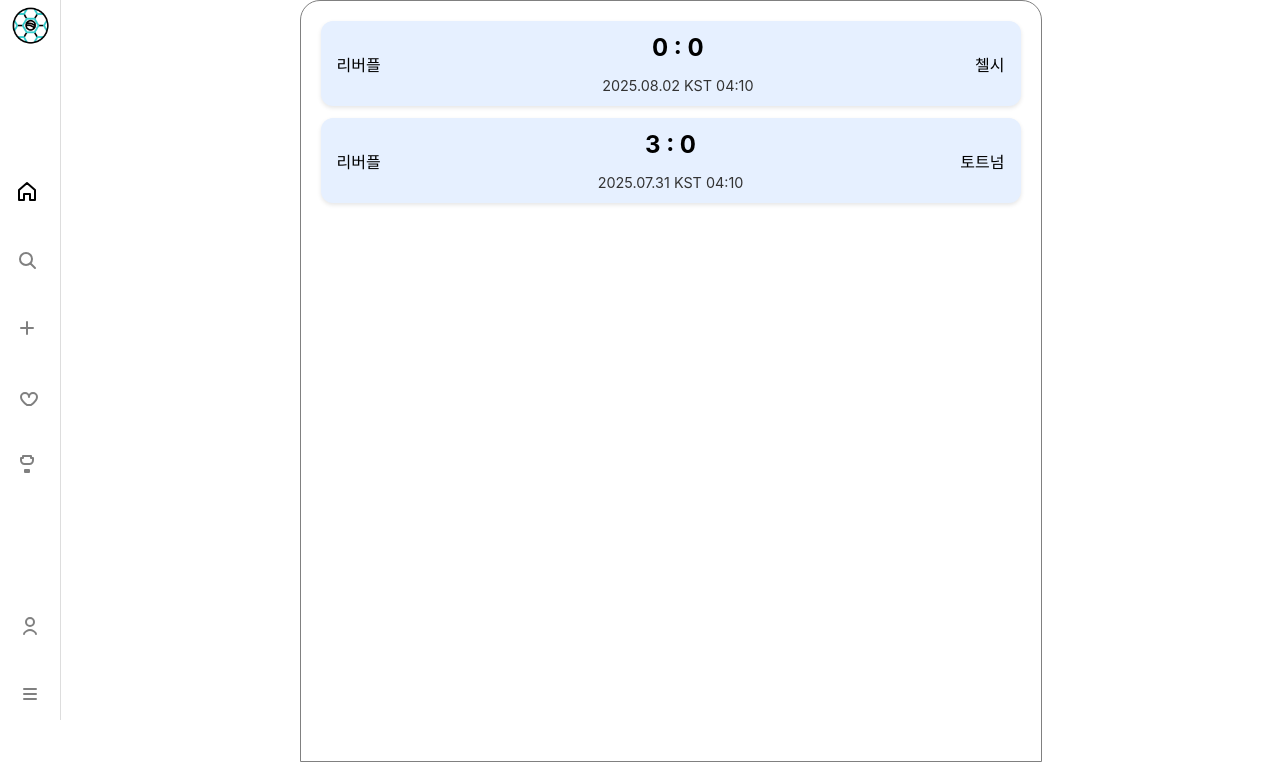
Repository: compick/compick_frontend
Page: /home
An editor plug-in stored every save of this project. The page is shown before and after the next save, followed by the edit.
The browser window is 1280 px wide. The pictures show the whole page.
Pictures or frames that could not be fetched are drawn as grey boxes. The project was rebuilt for these pictures with package versions that can differ from the ones it lists, and the page was loaded fresh each time. Also part of the build but not shown: src/pages/login/LoginUser.js, src/pages/login/RegisterUser.js, src/styles/login.css.

Above is the page before, as saved 2025-07-31 17:53:03.

### src/App.js
import {BrowserRouter } from "react-router-dom"


import BodyPage from "./pages/BodyPage";

import "./styles/login.css";
import "./styles/component.css";
import "./styles/body.css";

function App() {
  return (
    <BrowserRouter>
         <BodyPage/>
    </BrowserRouter>
  );
}

export default App;

### src/pages/BodyPage.js
import { Routes, Route, useLocation } from 'react-router-dom';

import SidebarPage from "./component/SidebarPage"
import HomeBodyPage from './body/HomeBodyPage';
import LoginPage from "./login/LoginUser";
import RegisterUserPage from "./login/RegisterUser";
export default function BodyPage(){



    return(
        <div className="bodyContainer">
                <div style={{display:"flex"}}>
                    <SidebarPage/>
                </div>
            <div style={{flex: 1}}>
                <Routes>
                    <Route path='/home' element={<HomeBodyPage/>}/>

                    <Route path="/user" element={ <LoginPage/> }/>
                    <Route path="/regist" element={ <RegisterUserPage/> }/>
                </Routes>
            </div>
        </div>
    )
}

### src/styles/component.css
.sidebar {
  display: flex;
  flex-direction: column;
  justify-content: space-between;
  align-items: center;
  width: 60px;
  background-color: #fff;
  border-right: 1px solid #ddd;
  height: 100vh;
}

.sidebar .homeLogo{
    width: 50px;
    height: 50px;
    object-fit: contain;
    cursor: pointer;
    margin-bottom: 200%;

}
.top-section,
.bottom-section {
  display: flex;
  flex-direction: column;
  gap: 20px;
}

.tabIcon {
  padding: 10px;
  border-radius: 12px;
  transition: background-color 0.3s;
  cursor: pointer;
}

.tabIcon:hover {
  background-color: #e6e6e6;
}

.tabItem {
  width: 24px;
  height: 24px;
  stroke: gray;
  fill: none;
  stroke-width: 2;
  stroke-linecap: round;
  stroke-linejoin: round;
  transition: stroke 0.3s;
}

.tabIcon.active .tabItem {
  stroke: black;
}

### src/styles/body.css
.bodyContainer{
    width: 100%;
    height: 100%;
    display: flex;
    justify-content: center;
}
.container.col{
    flex-direction: column;
}
.bodyContainer .content{
    width: 700px;
    min-height: 100vh;
    border: 1px solid gray;
    border-top-left-radius: 20px;
    border-top-right-radius: 20px;
    padding: 20px;
}
.container{
    display: flex;
}
.contentBox {
  display: flex;
  flex-direction: column;
  gap: 12px;
}
.matchCard {
  background: #e6f0ff;
  border-radius: 12px;
  padding: 12px 16px;
  box-shadow: 0 2px 4px rgba(0, 0, 0, 0.1);
}
.matchTime {
  font-size: 0.9rem;
  color: #333;
}
.matchInfo {
  display: flex;
  justify-content: space-between;
  align-items: center;
}
.team {
  display: flex;
  align-items: center;
  gap: 8px;
}
.teamLogo{
    width: 50px;
    height: 50px;
    object-fit: contain;
}
.teamName{
    font-weight: 500;
    font-size: 1rem;
}
.matchInfo .scoreBox{
    display: flex;
    flex-direction: column;
    justify-content: center;
    text-align: center;
}
.scoreText{
    font-size: 24px;
    font-weight: 700;
    margin-bottom: 15px;
}

### src/pages/component/SidebarPage.js
import React, { useState } from "react";
import homeLogo from "../../img/icon/homeLogo.gif";
import { Link } from "react-router-dom";
const topIcons = [
  {
    name: "home",
    svg: <path d="M4 10v10h5v-6h6v6h5V10L12 3z" />,
  },
  {
    name: "search",
    svg: <circle cx="11" cy="11" r="6" />,
    extra: <line x1="15.5" y1="15.5" x2="20" y2="20" />,
  },
  {
    name: "add",
    svg: (
      <>
        <line x1="12" y1="6" x2="12" y2="18" />
        <line x1="6" y1="12" x2="18" y2="12" />
      </>
    ),
  },
  {
    name: "heart",
    svg: (
      <path d="M12 21s-6-4.35-6-8a4 4 0 0 1 8 0 4 4 0 0 1 8 0c0 3.65-6 8-6 8z" />
    ),
  },
  {
    name: "trophy",
    svg: (
      <>
        <path d="M8 4h8v2h2v2c0 2.2-1.5 4-3.5 4H9.5C7.5 12 6 10.2 6 8V6h2V4z" />
        <path d="M10 18h4v2h-4z" />
      </>
    ),
  },
];

const bottomIcons = [
  {
    name: "user",
    svg: <circle cx="12" cy="8" r="4" />,
    extra: <path d="M6 20c0-2 4-4 6-4s6 2 6 4" />,
  },
  {
    name: "menu",
    svg: (
      <>
        <line x1="6" y1="7" x2="18" y2="7" />
        <line x1="6" y1="12" x2="18" y2="12" />
        <line x1="6" y1="17" x2="18" y2="17" />
      </>
    ),
  },
];

export default function IconSidebar() {
  const [activeIcon, setActiveIcon] = useState("home");

  return (
    <div className="sidebar">
      <div className="top-section">
        <div className="homeLogo">
            <img src={homeLogo} className="homeLogo"/>
        </div>
        {topIcons.map((icon) => (
            <Link key={icon.name} to={`/${icon.name}`} style={{ textDecoration: "none" }}>
                <div
                className={`tabIcon ${activeIcon === icon.name ? "active" : ""}`}
                onClick={() => setActiveIcon(icon.name)}
                >
                <svg viewBox="0 0 24 24" className="tabItem" xmlns="http://www.w3.org/2000/svg">
                    {icon.svg}
                    {icon.extra}
                </svg>
                </div>
            </Link>
        ))}
      </div>
      <div className="bottom-section">
        {bottomIcons.map((icon) => (
            <Link key={icon.name} to={`/${icon.name}`} style={{ textDecoration: "none" }}>
                <div
                className={`tabIcon ${activeIcon === icon.name ? "active" : ""}`}
                onClick={() => setActiveIcon(icon.name)}
                >
                <svg viewBox="0 0 24 24" className="tabItem" xmlns="http://www.w3.org/2000/svg">
                    {icon.svg}
                    {icon.extra}
                </svg>
                </div>
            </Link>
        ))}
      </div>
    </div>
  );
}

### src/pages/body/HomeBodyPage.js
import { useState } from "react";

import arsenal from "../../img/soccerTeam/arsenal.png";
import astonVilla from "../../img/soccerTeam/astonVilla.png";
import brentford from "../../img/soccerTeam/brentford.png";
import brightonHove from "../../img/soccerTeam/brightonHove.png";
import burnley from "../../img/soccerTeam/burnley.png";
import chelsea from "../../img/soccerTeam/chelsea.png";
import crystalPalace from "../../img/soccerTeam/crystalPalace.png";
import everton from "../../img/soccerTeam/everton.png";
import leedsUnited from "../../img/soccerTeam/leedsUnited.png";
import liverpool from "../../img/soccerTeam/liverpool.png";
import manchesterCity from "../../img/soccerTeam/manchesterCity.png";
import manchesterUnited from "../../img/soccerTeam/manchesterUnited.png";
import newCastle from "../../img/soccerTeam/newCastle.png";
import nottingham from "../../img/soccerTeam/nottingham.png";
import sunderland from "../../img/soccerTeam/sunderland.png";
import tottenhamHotspur from "../../img/soccerTeam/tottenhamHotspur.png";
import wolves from "../../img/soccerTeam/wolves.png";

export default function HomeBodyPage(){

    const data=[{
                home : "리버플",
                away : "첼시",
                tiem : "2025.08.02 KST 04:10",
                homeLogo : liverpool,
                awayLogo : chelsea,
                homeScore : 0,
                awayScore : 0,
            },
            {
                home : "리버플",
                away : "토트넘",
                tiem : "2025.07.31 KST 04:10",
                homeLogo : liverpool,
                awayLogo : tottenhamHotspur,
                homeScore : 3,
                awayScore : 0,
            },
        ]

   return (
    <div className="bodyContainer">
      <div className="content">
        <div className="contentBox">
          {data.map((match, index) => (
            <div className="matchCard" key={index}>
              <div
                className="teamBg left"
                style={{ backgroundImage: `url(${match.homeLogo})` }}
              ></div>
              <div
                className="teamBg right"
                style={{ backgroundImage: `url(${match.awayLogo})` }}
              ></div>

              <div className="matchInfo">
                <div className="teamName">{match.home}</div>
                <div className="scoreBox">
                  <div className="scoreText">
                    {match.homeScore} : {match.awayScore}
                  </div>
                  <div className="matchTime">{match.tiem}</div>
                </div>
                <div className="teamName">{match.away}</div>
              </div>
            </div>
          ))}
        </div>
      </div>
    </div>
  );
}

Loaded but not shown: public/index.html (common file); src/index.js (common file); src/index.css (common file); src/reportWebVitals.js (common file)

After the next save:
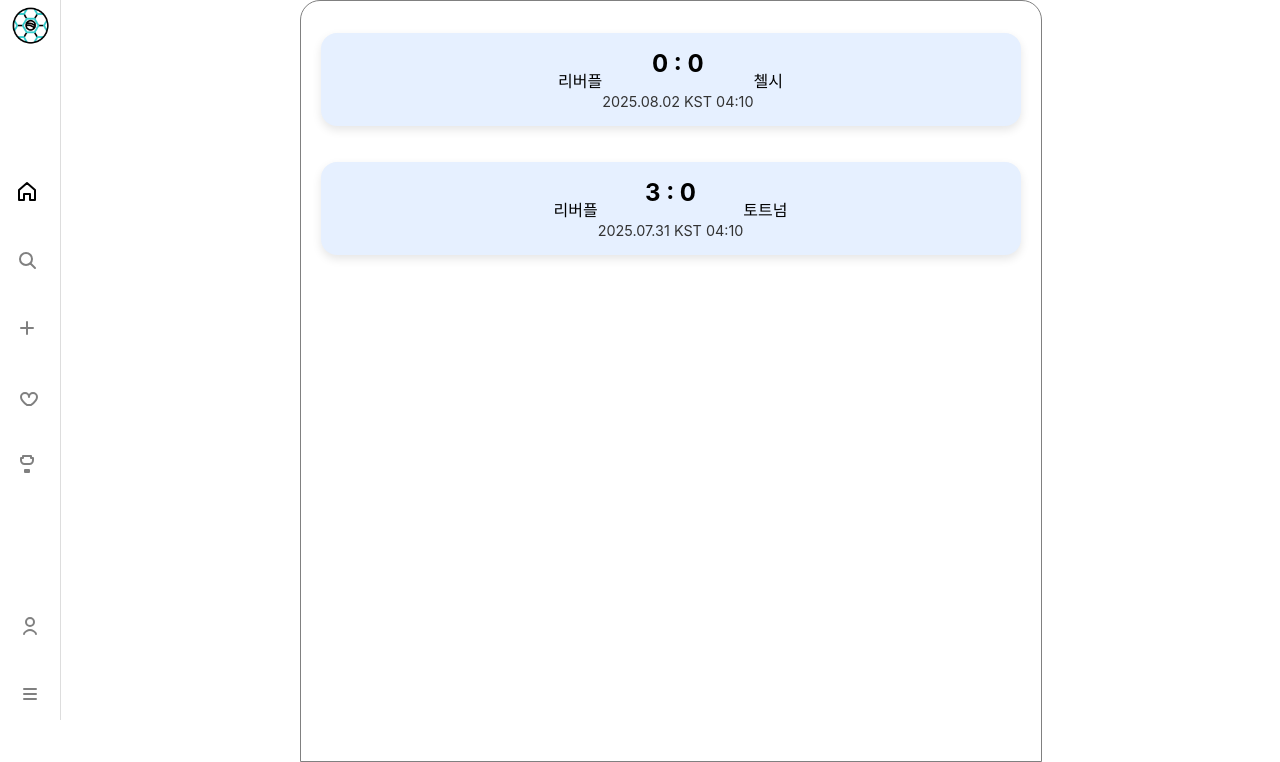
Saved 25 s later.
--- a/src/styles/body.css
+++ b/src/styles/body.css
@@ -24,10 +24,16 @@
   gap: 12px;
 }
 .matchCard {
+  position: relative;
   background: #e6f0ff;
-  border-radius: 12px;
-  padding: 12px 16px;
-  box-shadow: 0 2px 4px rgba(0, 0, 0, 0.1);
+  border-radius: 16px;
+  padding: 16px;
+  margin: 12px 0;
+  overflow: hidden;
+  display: flex;
+  align-items: center;
+  justify-content: center;
+  box-shadow: 0 4px 10px rgba(0, 0, 0, 0.1);
 }
 .matchTime {
   font-size: 0.9rem;
